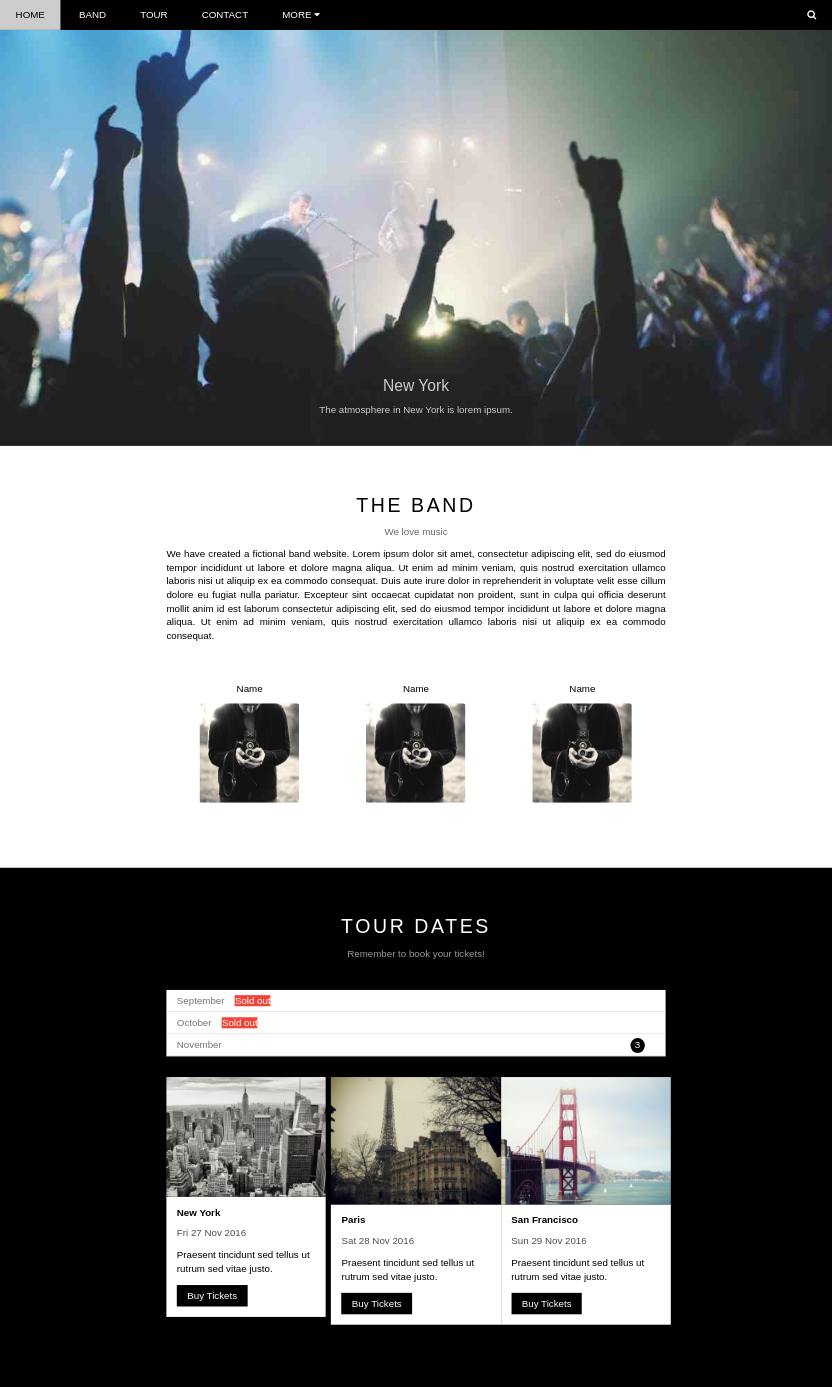
Repository: nguyenhoang2002062929/band
Page: index.html
These files come from the project's save history. The page is drawn as it stood at one moment and after the next save; the edit follows.
The browser window is 1280 px wide. The pictures show the whole page, at 65% of full size.

Above is the page before, as saved 2023-06-07 13:45:08.

After the next save:
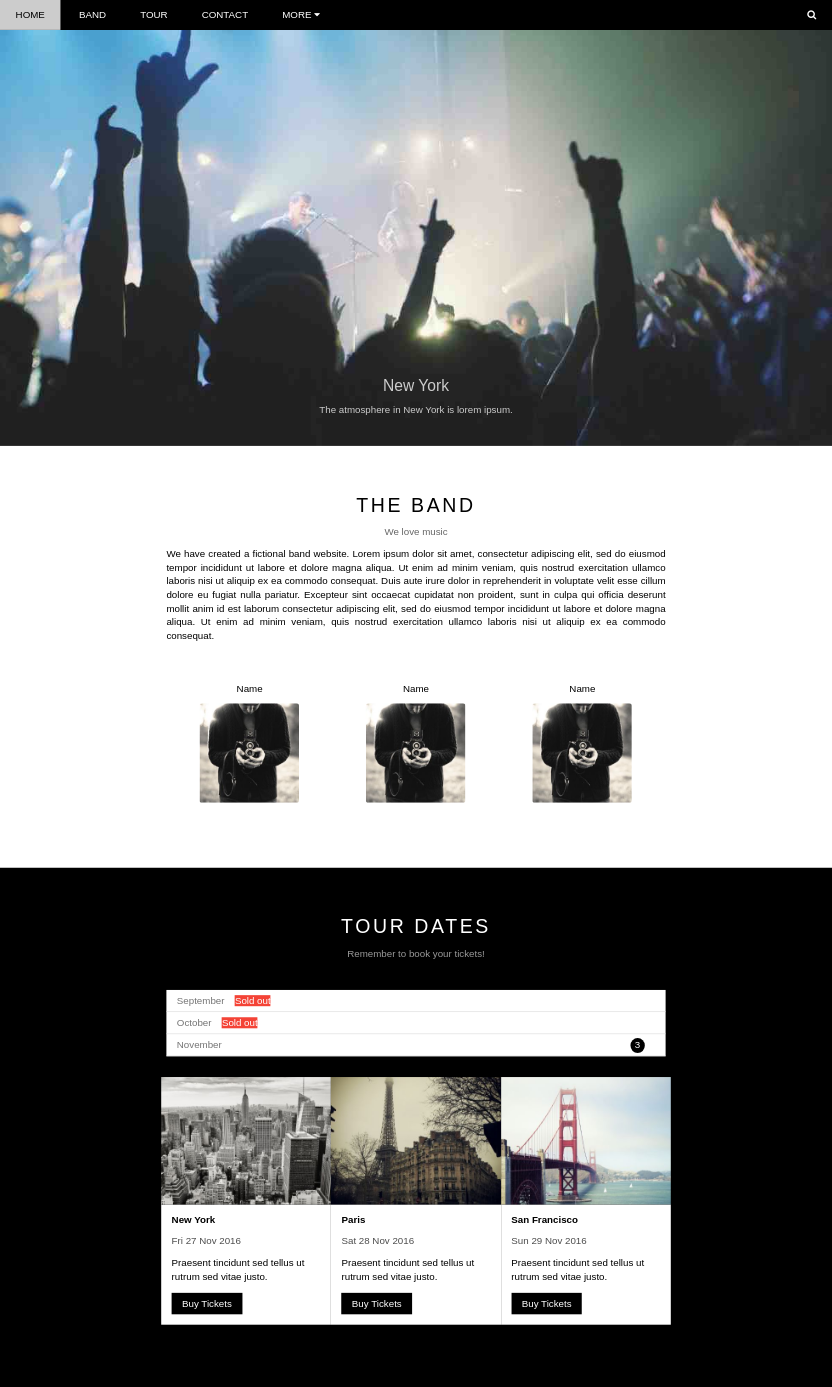
Saved 68 s later.
--- a/assets/css/style.css
+++ b/assets/css/style.css
@@ -10,11 +10,10 @@
     color: #fff !important;
 }
 .row{
-    display: flex;
     margin-left: -8px;
     margin-right: -8px;
 }
-.column{
+.colum{
     padding: 0 8px;
 }
 .header{
@@ -191,7 +190,11 @@
     margin-top: -2px;
 }
 .tour-places{
+    display: flex;
     padding: 32px 0px;
+    margin-left: -8px;
+    margin-right: -8px;
+
 }
 .tour-places .places{
     width: 33.3333%;

After the 3 saves that followed:
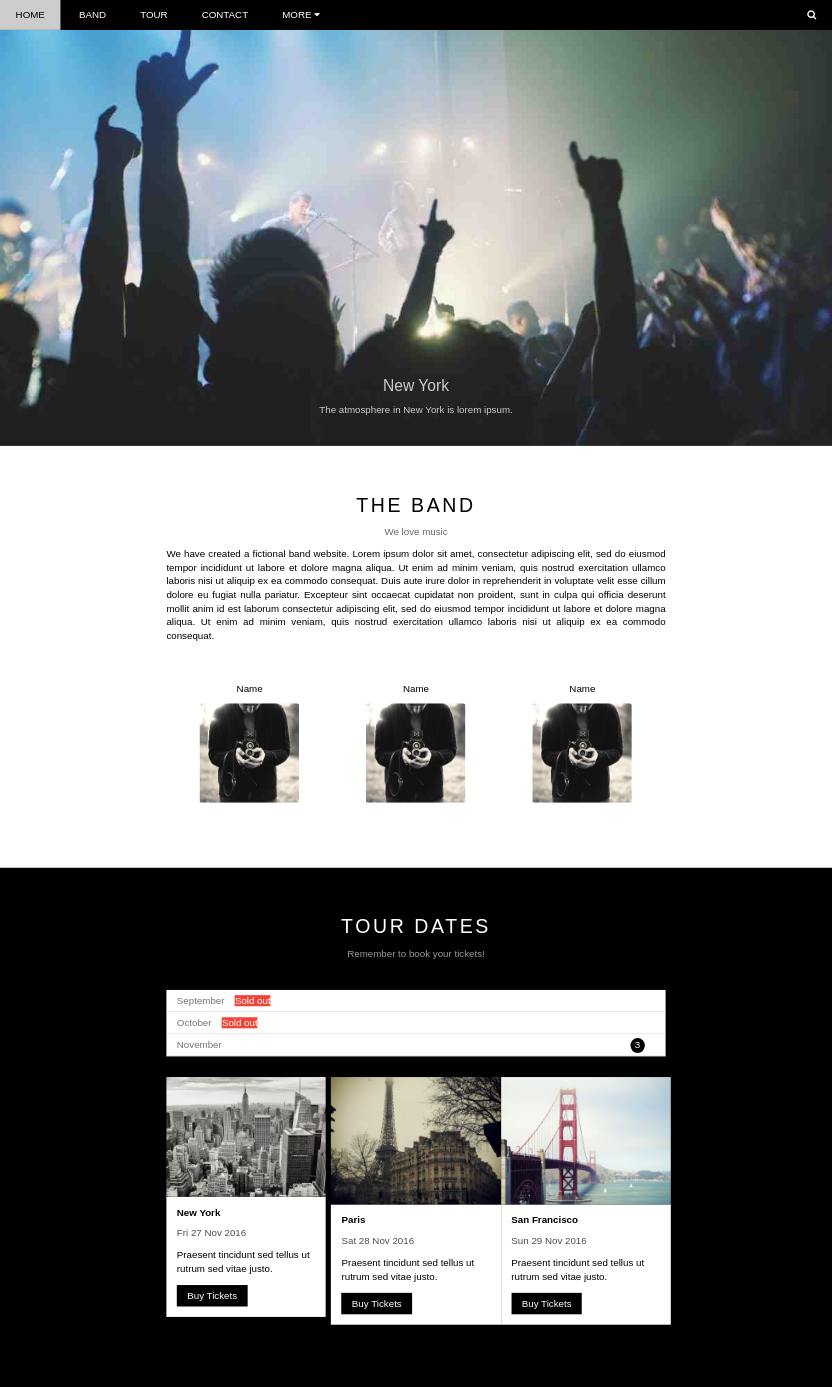
The 3 saves are shown as one change because 2 left the picture as it was.
The last was saved 54 s later.
--- a/assets/css/style.css
+++ b/assets/css/style.css
@@ -10,10 +10,11 @@
     color: #fff !important;
 }
 .row{
+    display: flex;
     margin-left: -8px;
     margin-right: -8px;
 }
-.colum{
+.column{
     padding: 0 8px;
 }
 .header{
@@ -190,11 +191,7 @@
     margin-top: -2px;
 }
 .tour-places{
-    display: flex;
     padding: 32px 0px;
-    margin-left: -8px;
-    margin-right: -8px;
-
 }
 .tour-places .places{
     width: 33.3333%;
